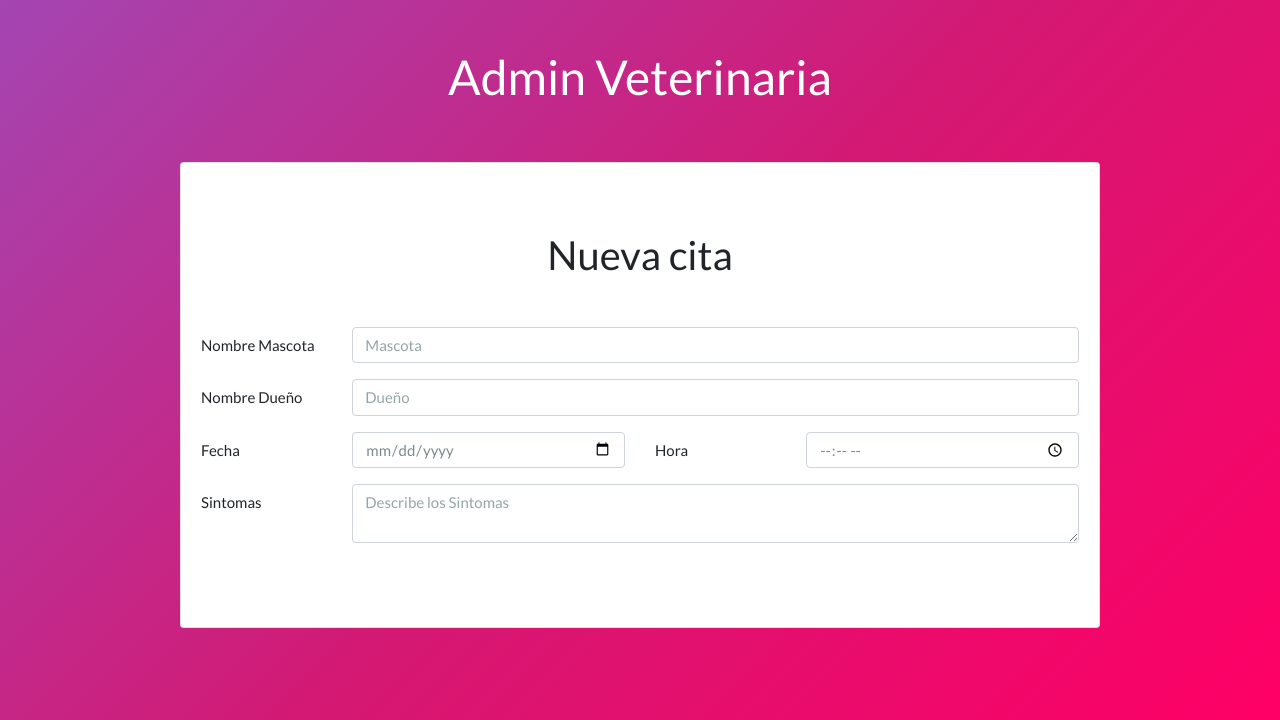
Repository: ppfeliuu/Veterinaria
Page: /
An editor plug-in stored every save of this project. The page is shown before and after the next save, followed by the edit.
The browser window is 1280 px wide. The pictures show the whole page.
The project was rebuilt for these pictures with package versions that can differ from the ones it lists, and the page was loaded fresh each time.

Above is the page before, as saved 2019-06-17 17:16:33.

After the next save:
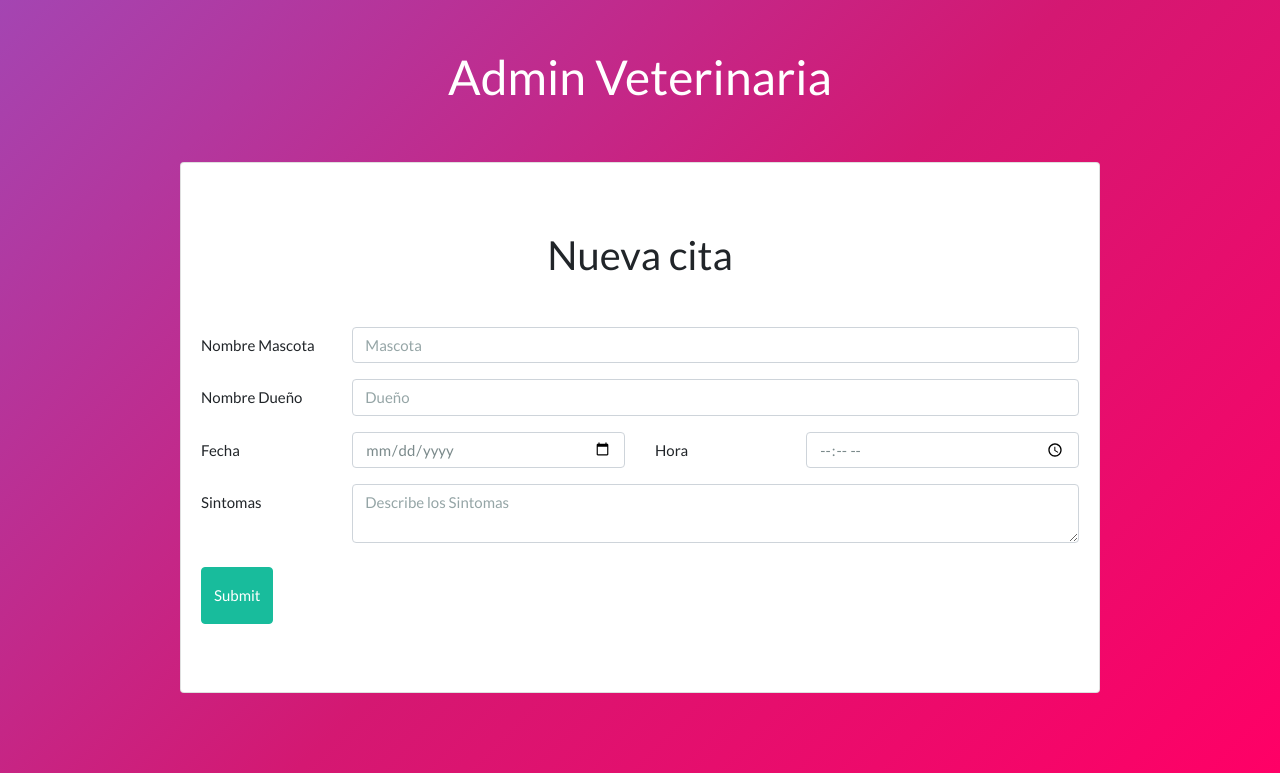
Saved 52 s later.
--- a/src/components/NuevaCita.js
+++ b/src/components/NuevaCita.js
@@ -73,6 +73,8 @@ class NuevaCita extends Component {
                               </textarea>
                           </div>
                         </div>
+
+                        <input type="submit" className="py-3 mt-2 btn btn-success" />
                     </form>
                 </div>
             </div>
